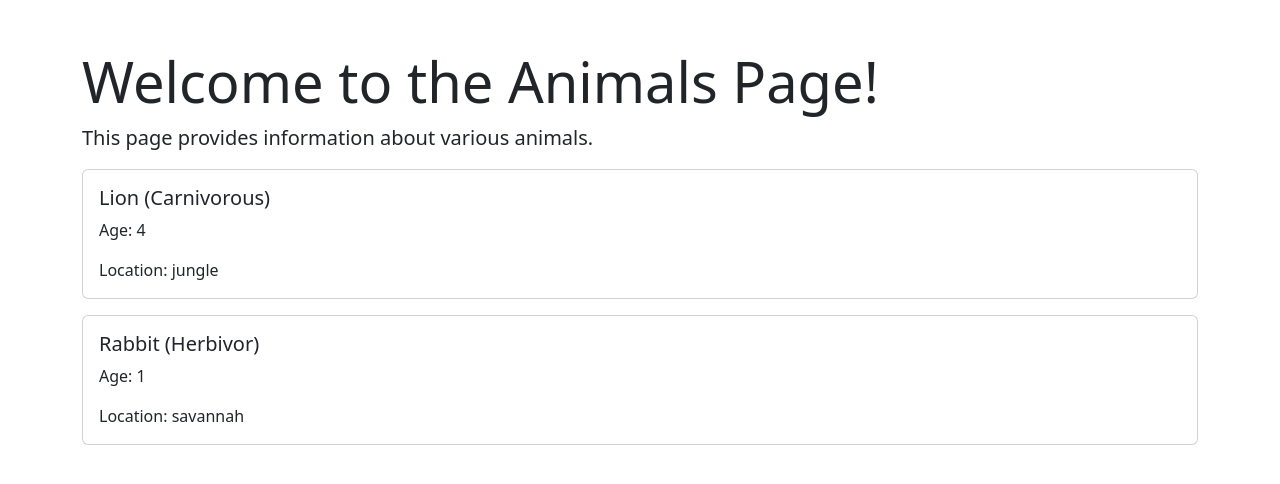
Repository: Mbote-Joseph/Django-Recap
Page: http://localhost/animals
These files come from the project's save history. The page is drawn as it stood at one moment and after the next save; the edit follows.
The browser window is 1280 px wide. The pictures show the whole page.
The page is served by the project's application, run on Django 5.2 (manage.py). The page reads the database file committed with the project.

Above is the page before, as saved 2025-12-13 14:08:03.

After the next save:
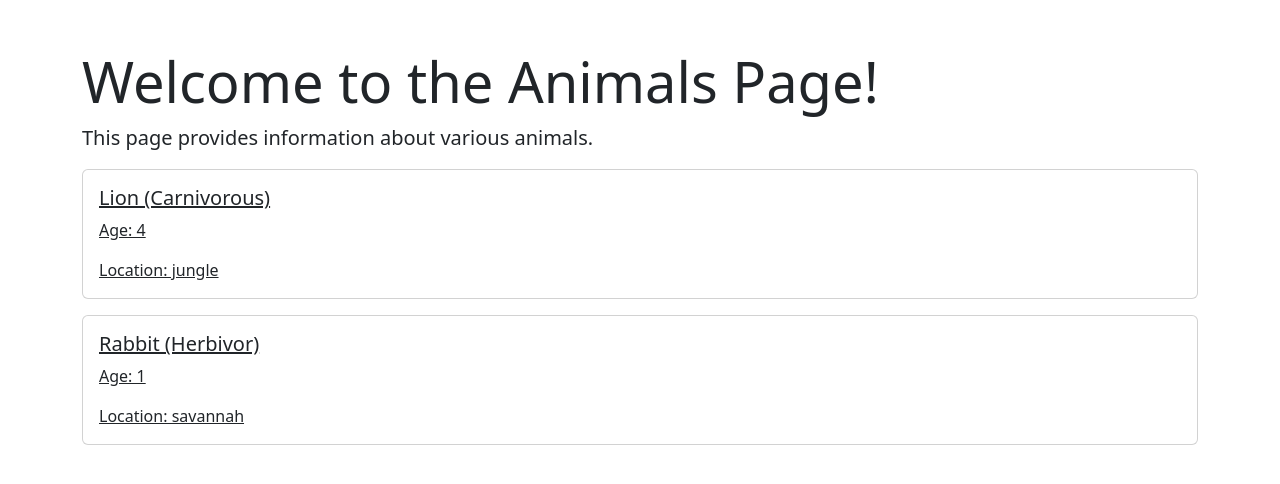
Saved 15 s later.
--- a/Test/testproject/animals/templates/animals/animals.html
+++ b/Test/testproject/animals/templates/animals/animals.html
@@ -11,13 +11,13 @@
 
             <p class="lead">This page provides information about various animals.</p>
             {% for animal in animals %}
-                <div class="card mb-3" href="/animals/{{ animal.id }}/">
+                <a class="card mb-3" href="/animals/{{ animal.id }}/">
                     <div class="card-body">
                         <h5 class="card-title">{{ animal.name }} ({{ animal.species }})</h5>
                         <p class="card-text">Age: {{ animal.age }}</p>
                         <p class="card-text">Location: {{ animal.location }}</p>
                     </div>
-                </div>
+                </a>
             {% endfor %}
         </div>
     </div>

After the save that followed:
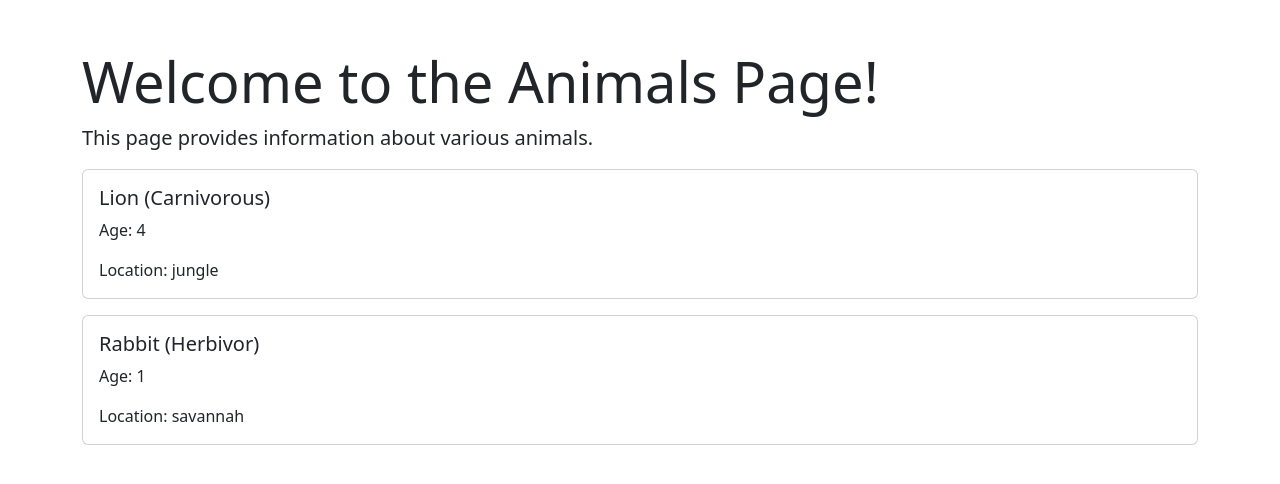
Saved 12 s later.
--- a/Test/testproject/animals/templates/animals/animals.html
+++ b/Test/testproject/animals/templates/animals/animals.html
@@ -11,13 +11,13 @@
 
             <p class="lead">This page provides information about various animals.</p>
             {% for animal in animals %}
-                <a class="card mb-3" href="/animals/{{ animal.id }}/">
+                <div class="card mb-3" >
                     <div class="card-body">
                         <h5 class="card-title">{{ animal.name }} ({{ animal.species }})</h5>
                         <p class="card-text">Age: {{ animal.age }}</p>
                         <p class="card-text">Location: {{ animal.location }}</p>
                     </div>
-                </a>
+                </div>
             {% endfor %}
         </div>
     </div>
